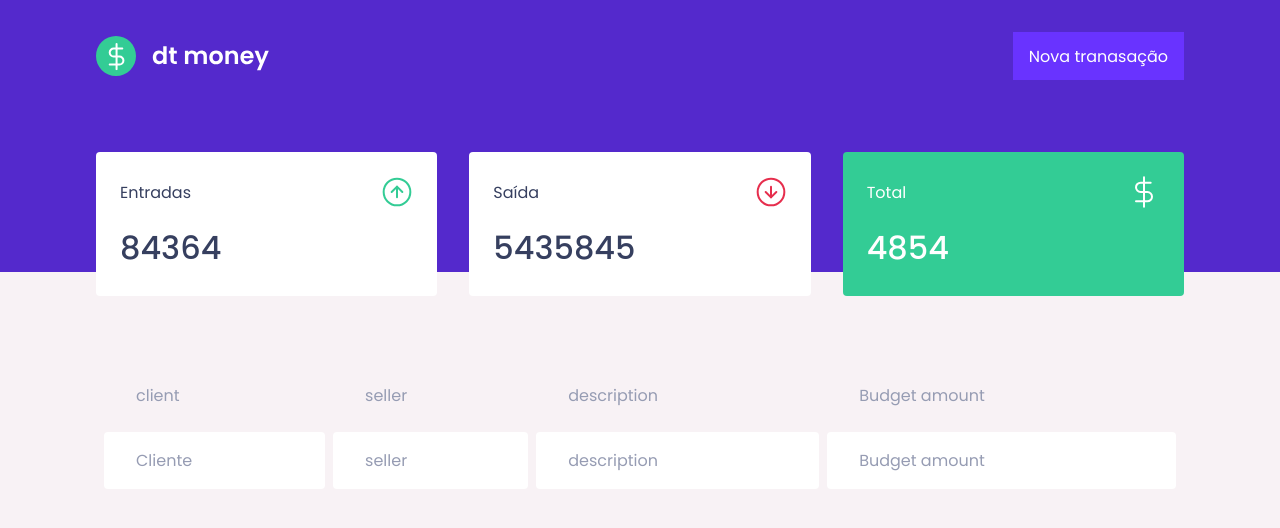
Repository: soualexandre/frentend-botOrcamentos
Page: /
The author's editor kept a copy of each file at every save. The page is drawn from the files as they stood at one save, then again after the next save.
The browser window is 1280 px wide. The pictures show the whole page.
The page's requests for data from a server got no answer. The project was rebuilt for these pictures with package versions that can differ from the ones it lists, and the page was loaded fresh each time. No one was signed in, and anything a server would have sent is missing.

Above is the page before, as saved 2021-07-16 15:10:21.

### public/index.html
<!DOCTYPE html>
<html lang="en">
  <head>
    <link rel="preconnect" href="https://fonts.googleapis.com">
    <link rel="preconnect" href="https://fonts.gstatic.com" crossorigin>
    <meta charset="utf-8" />
    <meta name="viewport" content="width=device-width, initial-scale=1" />
    <link href="https://fonts.googleapis.com/css2?family=Poppins:wght@400;500;600&display=swap" rel="stylesheet">
    <link rel="stylesheet" href="favicon.png" type="image/png">
    <title>DtMoney</title>
  </head>
  <body>
    <noscript>You need to enable JavaScript to run this app.</noscript>
    <div id="root"></div>
  </body>
</html>

### src/App.tsx
import { Dashboard } from './components/Dashboard';
import { Header } from './components/Header';
import { GlobalStyle } from './styles/global'
import Modal from 'react-modal'
import { useState } from 'react';
import {NewTransactionModal} from './components/NewTransactionModal'
import { TransacticionsProvider } from './hooks/useTransactions';
Modal.setAppElement('#root');

export function App() {

  const [isNewTransactionModalOpen, setIsNewTransactionModalOpen] = useState(false);

  function hadleOpenNewTransactionModal() {
    setIsNewTransactionModalOpen(true)
  }
  function hadleCloseNewTransactionModal() {
    setIsNewTransactionModalOpen(false)
  }

  return (
    <TransacticionsProvider>
      <Header  onOpenNewTransactionModal={hadleOpenNewTransactionModal}/>
      <Dashboard />
      {/* <NewTransactionModal
      isOpen={isNewTransactionModalOpen}
      onRequestClose={hadleCloseNewTransactionModal}/> */}
      <GlobalStyle />
    </TransacticionsProvider>
  );
}

### src/components/Dashboard/index.tsx
import { Sumary } from "../Sumary";
import { TransactionsTable } from "../TransactionsTable";
import { Container } from "./styles";


export function Dashboard(){
    return(
       <Container>
          <Sumary/>
          <TransactionsTable/>
       </Container>
    );
}

### src/components/Header/index.tsx
import LogoImg from '../../assets/logo.svg'
import { Container, Content } from './styles'

interface HeaderProps{

    onOpenNewTransactionModal: () => void;
}


export function Header({onOpenNewTransactionModal} :HeaderProps ) {
    return (
        <Container>
            <Content>
                <img src={LogoImg} alt="dtMoney" />
                <button type="button" onClick={onOpenNewTransactionModal}>
                    Nova tranasação
                </button>
            </Content>
        </Container>
    );
}

### src/styles/global.ts
import { createGlobalStyle } from 'styled-components'


export const GlobalStyle = createGlobalStyle`

    :root{
        --background: #f8f2f5;

        --red: #e52e40;
        --blue: #5429cc;
        --green: #33cc95;
        --blue-light: #6933ff;

        --text-title: #363f5f;
        --text-body: #969cb3;

        --shape: #ffffff;

    }

    *{
        margin: 0;
        padding: 0;
        box-sizing: border-box;
    }
    html{
        @media (max-width: 1080px){
            font-size: 93.5%;
        }

    }

    body{
        background: var(--background);
        -webkit-font-smoothing: antialiased;
    }

    body, input, textarea, button{
        font-family: 'Poppins', sans-serif;
        font-weight: 400;
    }

    h1, h2, h3, h4, h5, h6, strong{
        font-weight: 600;
    }

    button{
        cursor: pointer;
    }
    [disable]{
        opacity: 0.6;
        cursor: not-allowed;
    }



    .react-modal-overlay{
        background: rgba(0, 0, 0, 0.3);
        position: fixed;
        top: 0;
        bottom: 0;
        right: 0;
        left: 0;

        display: flex;
        justify-content: center;
        align-items: center;
    }
    .react-modal-content{
        width: 100%;
        max-width: 576px;
        background: var(--background);
        padding: 3rem;
        position: relative;
        border-radius: 0.25rem;
    }
    .react-modal-close{
        position: absolute;
        right: 1.5rem;
        top: 1.5rem;
        border: 0;
        background: transparent;
        transition: filter 0.2s;
        &:hover{
            filter: brightness(0.8);
        }
    }
`;

### src/hooks/useTransactions.tsx
import {createContext, useEffect, useState, ReactNode, useContext} from 'react';
import { api } from "../services/api";


interface Transaction {
    id: number;
    client: string;
    seller: string;
    description: string;
    budget_amount: string;
}
interface TransactionsContextData{
    transactions: Transaction[];
    createTransaction: (transaction:TransactionInput) => Promise<void>;
}

type TransactionInput = Omit<Transaction, 'id' | 'createdAt'>;

interface TrabsactionsProviderProps{
    children: ReactNode;
}
 const TransactionsContext = createContext<TransactionsContextData>(
    {} as TransactionsContextData
    );


export function TransacticionsProvider({children} : TrabsactionsProviderProps){
    const [transactions, setTransactions] = useState<Transaction[]>([]);
    useEffect(() => {
        api.get('budget')
            .then(response => setTransactions(response.data))
    },[])
   async function createTransaction(transactionInput: TransactionInput){
      const response = await api.post('/transactions', {
        ...transactionInput,
        createdAt: new Date(),
    })

      const {transaction} = response.data;

      setTransactions([
          ...transactions,
          transaction,
      ])
    }

    return (
        <TransactionsContext.Provider value={{transactions, createTransaction}}>
            {children}
        </TransactionsContext.Provider>
    );
}

export function useTransactions(){
    const context = useContext(TransactionsContext);
    return context;
}

### src/components/Sumary/index.tsx
import { Container } from './styles'
import iconImg from '../../assets/income.svg'
import outcomeImg from '../../assets/outcome.svg'
import totalImg from '../../assets/total.svg'
import { useTransactions } from '../../hooks/useTransactions';

export function Sumary() {
    const { transactions } = useTransactions();



    return (
        <Container>
            <div>
                <header>
                    <p>Entradas</p>
                    <img src={iconImg} alt=" icon" />
                </header>
                <strong>
                 84364
                </strong>
            </div>
            <div>
                <header>
                    <p>Saída</p>
                    <img src={outcomeImg} alt="out icon" />
                </header>
                <strong >
                  5435845
                </strong>
            </div>
            <div className="highlightBackground">
                <header>
                    <p>Total</p>
                    <img src={totalImg} alt="Total icon" />
                </header>
                <strong>
                   4854
                </strong>
            </div>
        </Container >
    );
}

### src/components/transactionsTable/index.tsx
import { useTransactions } from "../../hooks/useTransactions";
import { Container } from './styles'


export function TransactionsTable() {
    const { transactions } = useTransactions();
    return (
        <Container>
            <table>
                <thead>
                    <tr>
                        <th>client</th>
                        <th>seller</th>
                        <th>description</th>
                        <th>Budget amount</th>
                    </tr>
                </thead>
                <tbody>

                    <tr>
                        <td>Cliente</td>
                        <td>
                            seller
                        </td>
                        <td>description</td>
                        <td>
                            Budget amount
                        </td>
                    </tr>
                </tbody>
            </table>
        </Container>
    );
}

### src/components/Dashboard/styles.ts
import styled from 'styled-components'

export const Container = styled.header`
    max-width: 1120PX;
    margin:0 auto;
    padding: 2.5rem 1rem;



`;

### src/components/Header/styles.ts
import styled from 'styled-components'

export const Container = styled.header`
    background: var(--blue);

`;
export const Content = styled.header`
    background: var(--blue);
    max-width: 1120px;
    margin: 0 auto;
    padding: 2rem 1rem 12rem;

    display: flex;
    align-items: center;
    justify-content: space-between;
    button{
        font-size: 1rem;
        color: #fff;
        background: var(--blue-light);
        border: 0;
        padding:0.2rem;
        padding-left: 1rem;
        padding-right: 1rem;
        height: 3rem;

        transition: filter 0.2s;
        &:hover{
            filter: brightness(0.9);
        }

    }
`;

### src/services/api.ts
import axios from 'axios';

export const api = axios.create({
    baseURL: 'http://localhost:8000/api',
})

### src/components/Sumary/styles.ts
import styled from 'styled-components'


export const Container = styled.div`
    display: grid;
    grid-template-columns: repeat(3,1fr);
    gap: 2rem;
    margin-top: -10rem;

div{
    background: var(--shape);
    padding: 1.5rem;
    border-radius: 0.25rem;
    color: var(--text-title);

    &.highlightBackground{
        background: #33cc95;
        color: #fff;
    }
    header{
        display: flex;
        align-items: center;
        justify-content: space-between;
    }

    strong{
        display: block;
        margin-top: 1rem;
        font-size: 2rem;
        line-height: 3rem;
        font-weight: 500;
    }

}
`;

### src/components/transactionsTable/styles.ts
import styled from 'styled-components';


export const Container = styled.div`
    margin-top: 4rem;

    table{
        width: 100%;
        border-spacing: 0.5rem;

        th{
            color: var(--text-body);
            font-weight: 400;
            padding: 1rem 2rem;
            text-align: left;
            line-height: 1.5rem;
        }

        td{
            padding: 1rem 2rem;
            border: 0;
            background: var(--shape);
            color: var(--text-body);
            border-radius: 0.25rem;
            &.first-child{
                color: var(--text-title);
            }

            &.deposit{
                color: var(--green)
            }
            &.withdraw{
                color: var(--red)
            }
        }
    }
`;

Loaded but not shown: src/index.tsx (common file)

After the next save:
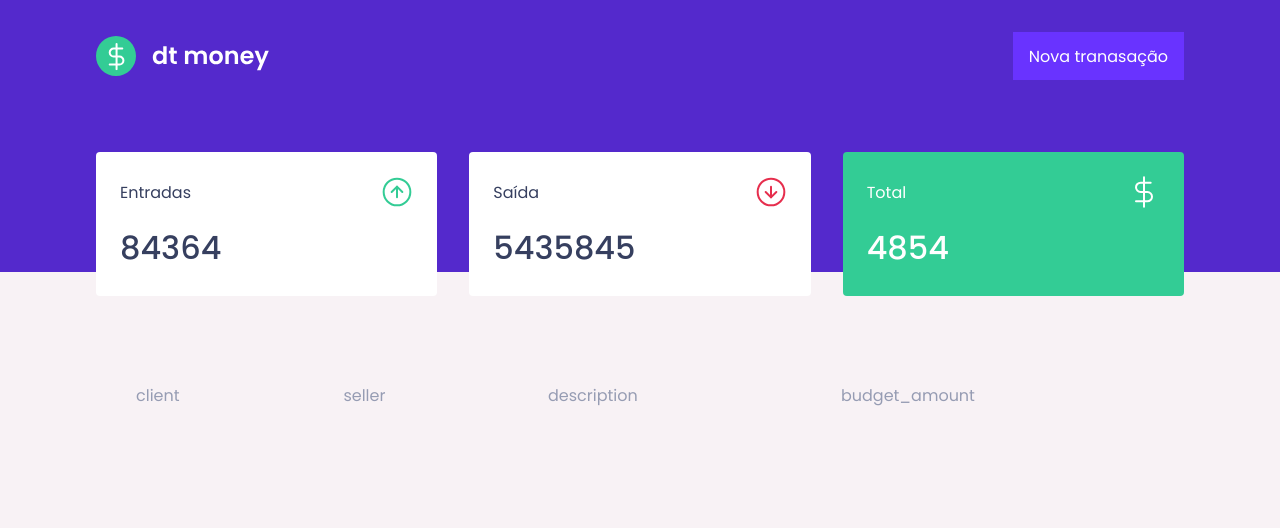
Saved 66 s later.
--- a/src/components/transactionsTable/index.tsx
+++ b/src/components/transactionsTable/index.tsx
@@ -3,7 +3,7 @@
 
 
 export function TransactionsTable() {
-    const { transactions } = useTransactions();
+    const {transactions} = useTransactions();
     return (
         <Container>
             <table>
@@ -12,21 +12,21 @@
                         <th>client</th>
                         <th>seller</th>
                         <th>description</th>
-                        <th>Budget amount</th>
+                        <th>budget_amount</th>
                     </tr>
                 </thead>
                 <tbody>
-
-                    <tr>
-                        <td>Cliente</td>
-                        <td>
-                            seller
-                        </td>
-                        <td>description</td>
-                        <td>
-                            Budget amount
-                        </td>
-                    </tr>
+                    {transactions.map(transaction => (
+                        <tr key={transaction.id}>
+                            <td>{transaction.client}</td>
+                            <td>
+                           dsfgsdfg</td>
+                            <td>dfgsdfgsdfg</td>
+                            <td>
+                            dfgsdfgdf
+                            </td>
+                        </tr>
+                    ))}
                 </tbody>
             </table>
         </Container>
